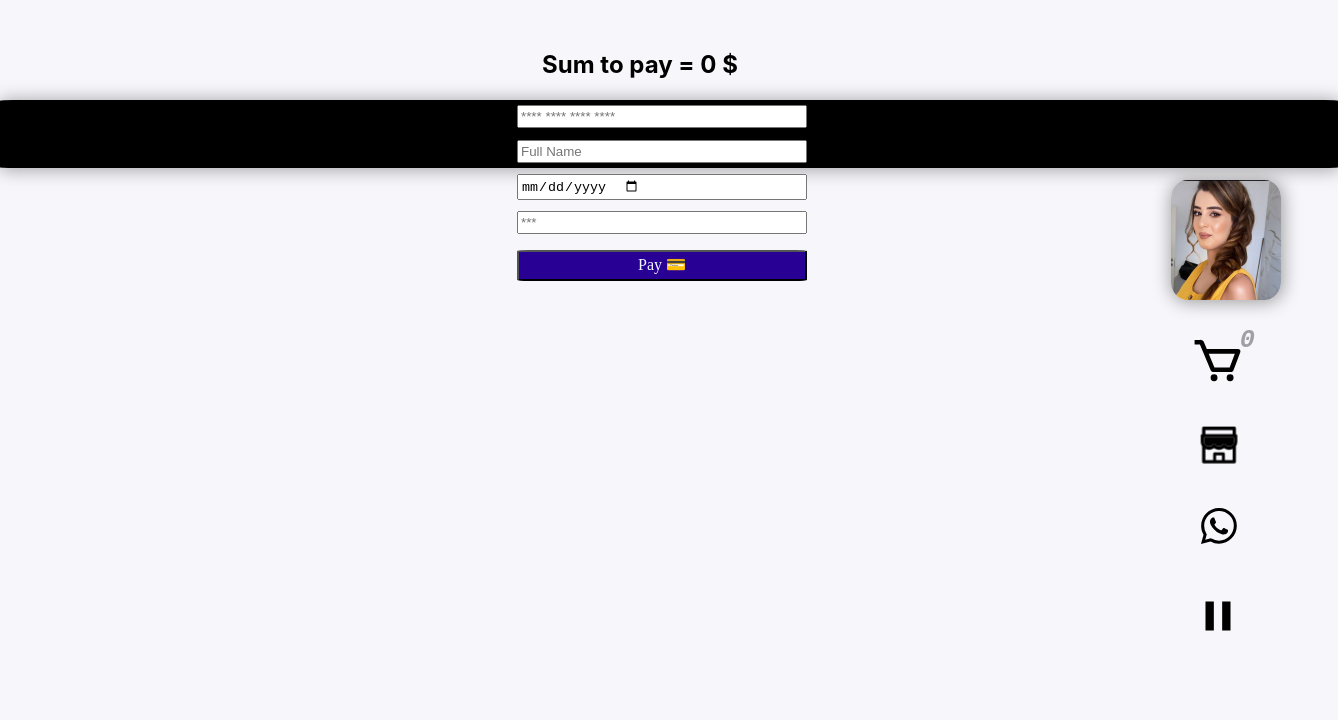
Repository: rehamAbass/BeautyCareShop
Page: /, after clicking the first element matching `svg.cartIcon`
The author's editor kept a copy of each file at every save. The page is drawn from the files as they stood at one save, then again after the next save.
The browser window is 1280 px wide. The page is 1338 px wide, so the pictures cover 1338 px, including what lies to the right of the window. The pictures show the whole page.
The page's requests for data from a server got no answer. Some web fonts or font styles are not loaded; a fallback is used. The project was rebuilt for these pictures with package versions that can differ from the ones it lists, and the page was loaded fresh each time. No one was signed in, and anything a server would have sent is missing. Also part of the build but not shown: src/components/allProducts/card-list.css, src/components/allProducts/prod/card.css, src/components/allProducts/prod/card.component.jsx, src/components/search-box/search-box.css, src/components/myCart/cartProduct/cartProduct.css, src/components/myCart/cartProduct/cartProduct.jsx. Imported but missing from the stored project, and not drawn on this page: src/components/header/music/ed.mp3.

Above is the page before, as saved 2022-06-08 17:35:18.

### public/index.html
<!DOCTYPE html>
<html lang="en">
  </style>
  <head>
    <meta charset="utf-8" />
    <link rel="icon" href="" />
    <meta name="viewport" content="width=device-width, initial-scale=1" />
    <meta name="theme-color" content="#000000" />
    <meta
      name="description"
      content="Web site created using create-react-app"
    />
    <link rel="apple-touch-icon" href="" />
    <link rel="manifest" href="%PUBLIC_URL%/manifest.json" />
    <link rel="preconnect" href="https://fonts.googleapis.com">
    <link rel="preconnect" href="https://fonts.gstatic.com" crossorigin>
    <link href="https://fonts.googleapis.com/css2?family=Bigelow+Rules&display=swap" rel="stylesheet">
    <link rel="preconnect" href="https://fonts.googleapis.com">
    <link rel="preconnect" href="https://fonts.gstatic.com" crossorigin>
    <link href="https://fonts.googleapis.com/css2?family=Bigelow+Rules&family=Dancing+Script&display=swap"
      rel="stylesheet">
    <title color:'purble'>BeautyShop💄</title>
  </head>
  <body>

    <div id="root"></div>
  </body>
</html>

<!--
  <video id="video1" loop="" muted="" src="https://prod-streaming-video-msn-com.akamaized.net/aa5cb260-7dae-44d3-acad-3c7053983ffe/1b790558-39a2-4d2a-bcd7-61f075e87fdd.mp4"></video>

 -->

### src/App.js

// import React from 'react'
import CardList from './components/allProducts/card-list.component';
import SearchBox from './components/search-box/search-box.component';
import './App.css'
import axios from "axios";
import React, { Component } from "react";
import Header from './components/header/header.component.jsx'
import { useState, useEffect } from 'react';
import Cart from './components/myCart/myCart.jsx'

const App = () => {
  const [products, setProducts] = useState([]);
  const [cartProducts, setCartProducts] = useState([]);
  const [filteredProducts, setFilteredProducts] = useState(products);
  const [searchString, setSearchString] = useState('');
  const [showCart, setShowCart] = useState(false);
    const [cartCounter, setCartCounter] = useState(0);
      const [Sum, setSum] = useState(0);
      const [imgs, setImgs] = useState([])

  //==========================================================================
  const   getDataFromDB= async ()=> {
    const response = await axios.get("http://localhost:8000/products/");
    setCartProducts(response);
  }
  //===========================================================
  const deleteProd = async (id) => {
    let response = await axios.delete(
      `http://localhost:8000/product/${id}`
    );
  }
  //=============================================================
  const saveProd = async (p) => {
    const response = await axios.post(
      "http://localhost:8000/product",p
    );
  }

   const  updateProd = async (p) => {
    const response = await axios.put(
      "http://localhost:8000/product",p
    );
  }
  //============================================================================
  useEffect(() => {
    fetch('http://makeup-api.herokuapp.com/api/v1/products.json?brand=maybelline')
      .then((res) => res.json())
      .then((users) => {
          users = users.map(user => (
         {id:user.id,
         name:user.name,
         brand:user.brand,
         price:user.price,
        image_link:user.image_link,
         product_link:user.product_link,
         description:user.description,
        rating:user.rating,
         product_type:user.product_type,
          product_api_url:user.product_api_url,
          product_colors:user.product_colors,
        amount:0
         }))


         getDataFromDB();
        setFilteredProducts(users);
        setProducts(users);
        setImgs(users.map((u)=>(u.image_link)));
      })
  }, []); // it runs only one time - no need to call it in each render because [] is empty !!
  //=========================================================================================
  useEffect(() => {
    let filteredgroup = products.filter((p) => p.name.toLowerCase().includes(searchString));
    setFilteredProducts(filteredgroup);
  }, [products, searchString])

  //========================================================================================
  const onSearchChanged = (event) => {
    let input = event.target.value.toLowerCase();
    setSearchString(input);
  }
  //=========================================================================================
  const addProduct=(product)=>{
        let updatePro = cartProducts.filter(p=> p.id === product.id);
     if(updatePro.length>0){
       // it means that YES the product exists before in Cart! just increase the amount of it:
       updatePro = updatePro[0];
       updatePro.amount +=1;
        let newarray = cartProducts.map(p=>( p.id === product.id ? updatePro:p )) ;
        setCartProducts(newarray);
     }else{
        let newProductToAdd = {...product, amount:1};
         setCartProducts([...cartProducts,newProductToAdd ]);
         saveProd(product);
         updateProd();
     }

      }
  //=================================================================================
  //    ,
  const deleteProduct = (product) => {
    let newArr = cartProducts.filter(p => p.id !== product.id);
    setCartProducts(newArr);
    deleteProd(product.id);
  }
 //===================================================================================
   const decreaseProduct=(product)=>{

     if(product.amount >1){
       let update = product;
       update.amount -=1;
        let newarray = cartProducts.map(p=>(p.id === product.id ? update:p )) ;
     setCartProducts(newarray);
     }else{ // amount was  === 1
        let newArr = cartProducts.filter(p=> p.id !== product.id);
         setCartProducts(newArr);
     }
      }
 //===================================================================================
useEffect(()=>{
  console.log("useEffect, cartProduct changes, so counter changes");
  let all =0;
  let summ=0;
  for(let p of cartProducts){
     all = all+p.amount;
    summ = summ+ (p.amount * p.price);
}
    setSum(summ);
    setCartCounter(all);
},[cartProducts]);

//====================================================================================
  useEffect(()=>{
    console.log("open Cart = ",showCart);
  },[showCart])
 //=========================================================================================
const HandleCart =(val)=>{
  setShowCart(val);
}
 const handleSumCount = ()=>{
  setSum(0);
  setCartProducts([]);
  setCartCounter(0);

 }
 //=========================================================================================
  return (
    <div className="App">
      <header className="App-header">
        <Header counter ={cartCounter}
        imgs={imgs}
        handleCart = {HandleCart}/>
        {showCart === false &&
          <div>
           <SearchBox
          className='search-box2'
          searchHandler={onSearchChanged}
          group={filteredProducts}
        />
            <CardList
              group={filteredProducts}
               addProduct={addProduct} />
        </div>

        }
          {(showCart === true) &&
            <Cart sum ={Sum} group={cartProducts}
           addProduct={addProduct}
            deleteProduct={deleteProduct}
            decreaseProduct={decreaseProduct}
              handleSumCount={handleSumCount}
            />
          }
      </header>
    </div>
  )
}

export default App;

### src/components/allProducts/card-list.component.jsx

import './card-list.css'
import Card from './prod/card.component'
import React from 'react'

const CardList = ({ group ,addProduct}) => {
    return (
        <div className='card-list'>
            {group.map((p,i) =>
                (
                    <Card
                    key={i}
                    product={p}
                     addProduct={addProduct}/>
                )
            )
            }
        </div >

    )
}

export default CardList;

### src/components/search-box/search-box.component.jsx

import React from 'react'
import './search-box.css'


const SearchBox = ({ className, placeholder, searchHandler, group }) => {

    return (
        <div className='search-box'>
            <input
                className={className}
                type='search'
                placeholder='Search Products'
                onChange={searchHandler}
                style={{
                     fontStyle:'unset', fontStretch: 'extra-expanded'
                , fontSize:'large', borderRadius:'15%'}}
            />
            {group.length === 0 ?
                <div className='alert2'> NO Products with this prefix </div> : ''}
        </div>
    )
}


export default SearchBox;

### src/App.css
body {
  margin: 0;
  padding: 0;
  font-family: -apple-system, BlinkMacSystemFont, 'Segoe UI', 'Roboto', 'Oxygen',
    'Ubuntu', 'Cantarell', 'Fira Sans', 'Droid Sans', 'Helvetica Neue',
    sans-serif;
    background-color:rgba(192, 190, 228, 0.135);
  -webkit-font-smoothing: antialiased;
  -moz-osx-font-smoothing: grayscale;
  text-align: center;
}



















/* -------------------------------------------------------------------------------------- */

/* .App {
  text-align: center;
}

.App-logo {
  height: 40vmin;
  pointer-events: none;
}

@media (prefers-reduced-motion: no-preference) {
  .App-logo {
    animation: App-logo-spin infinite 20s linear;
  }
}

.App-header {
  background-color: #2d5cba;
  min-height: 100vh;
  display: flex;
  flex-direction: column;
  align-items: center;
  justify-content: center;
  font-size: calc(10px + 2vmin);
  color: white;
}

.App-link {
  color: #61dafb;
}

@keyframes App-logo-spin {
  from {
    transform: rotate(0deg);
  }
  to {
    transform: rotate(360deg);
  }
}

*/

### src/components/header/header.component.jsx
import React from 'react'
import './header.css'
import Music from './music/music.component';
import fatme from './fatme.jpeg'
import CartIcon from './cartIcon/cartIcon.component';
import {BsWhatsapp} from 'react-icons/bs'
import {AiTwotoneShop} from 'react-icons/ai'

const Header = ({counter,imgs, handleCart}) => {
    return (
        <div className='headClass'>
        <div className='imgs'>
            {imgs.map((link, i) => (
                    (i>=19 && i <29)&&<img
                    style={{transform:'scale(1)' ,  margin:'0px'}}
                    key={i}
                    src={link} alt='prod' />

            ))}
        </div>

            <img className='myImg' src={fatme} alt='me'
            />
               <CartIcon
            counter={counter}
             handleCart={handleCart}
            />
            <AiTwotoneShop
            className='goHome'
                onClick={() => {
                     handleCart(false)}}
            />
            <h4 className='title' >
                <marquee direction='left' loop='2' >Fatima Beauty Care Shop</marquee>
            </h4>


            <Music />


            <a  className='whatsApp'  aria-label="whats"
                target="_blank" rel="noopener"
                href="https://api.whatsapp.com/send?phone=972543656019&text=hello%20Fatima%20from%20your%20BeautyCareShop%20Website%20💄"
              >
              <BsWhatsapp/>
            </a>
        </div>
    )
}

export default Header;

### src/components/myCart/myCart.jsx
import './myCart.css'
import React from 'react'
import Card from './cartProduct/cartProduct.jsx'
import { useState } from 'react'

import Pay from './Payment/Pay'


const Cart = ({ sum, group, addProduct, deleteProduct, decreaseProduct  , handleSumCount}) => {

        const [paid, setPaid] = useState(false);
        const handlePaid = (val) => {
                setPaid(val);
            }
            //--------------------------------------
    return (
        <div className='allComp' >
            <h2 className='sum'> Sum to pay =  { sum } $ </h2>
                 {(paid === false)&&
                 <Pay
                 sum={sum}
                     handlePaid={ handlePaid}
                      handleSumCount={handleSumCount}
                 />}

           {(paid == true)&&
            <h2
            style={{ fontSize: 'x-large' }}>
                THANK YOU MAN, PAID SUSSESSFULLY💳👍🏼👍🏼
            </h2>}


           {(paid === false) &&
            <div className='myCart' > {
                group.map((p, index) => (<
                                Card key = { index }
                                product = { p }
                                addProduct = { addProduct }
                                deleteProduct = { deleteProduct }
                                decreaseProduct = { decreaseProduct }
                                />)
                            )
            }
            </div>}
            </div>
                    )
                }


                export default Cart;

### src/components/header/header.css
.title {
    width: 110%;
    position: relative;
    font-size: 46px;
    font-weight: bolder;
    font-family: 'Dancing Script';
 color:rgb(251, 251, 251);
    font-stretch: extra-expanded;
    /* text-shadow: 11px 1px 11px rgb(255, 0, 123); */
    background-color: rgb(0, 0, 0);
     box-shadow: 1px 1px 17px 1px rgba(135, 134, 135, 0.74);
     margin-top: 40px;
     border-radius:1%;
}
.imgs{
    width: 110%;
    position: relative;
    height:60px;
     margin: 0px;
}
.goHome{
    color:rgb(0, 0, 0);
     position:fixed;
    margin-left: 47%;
    margin-top:376px;
     transform: scale(2.6);
}
.goHome:hover{
    color:rgb(160, 160, 164);
    transform:scale(3);
}
.whatsApp{
    color:rgb(0, 0, 0);
     position:fixed;
    margin-left: 47%;
    margin-top:290px;
     transform: scale(2);
}
.whatsApp:hover{
  color:rgb(160, 160, 164);

   }
.myImg{
    position:fixed;
    margin-left: 44%;
    margin-top:120px;
    width: 110px;
  height: 120px;
    box-shadow: 1px 1px 17px 1px rgb(155, 153, 153);
    border-radius:15%;
}

.headClass {
    border-radius: 12%;
    width: 95%;
    height: 30px;
    font-size: large;
    /* font-weight: 700; */
    font-style: italic;

}

### src/components/header/music/music.component.jsx
import './music.css'
import { useState, useEffect } from 'react'
import { MdPlayArrow, MdPause } from 'react-icons/md'
import  React  from 'react'
import ed from "./ed.mp3";

const aud = new Audio(ed);
aud.play();

const Music = () => {
    const [flagPlaying, setIsActive] = useState(true);
    const handleClick = (value) => {
        setIsActive(value);
        if (value === true) {
            aud.loop = true;
            aud.play();
        } else {
            aud.pause();
            aud.loop = false;
        }
    }

    return (<div className='myAudio'>
        {(flagPlaying === false) &&
            <MdPlayArrow
                className='btnAudio'
                onClick={() => {
                    if (flagPlaying === false) {
                        handleClick(true);
                    }
                }}
            />
        }
        {(flagPlaying === true) &&
            <MdPause
                className='btnAudio'
                style={{color:'black'}}
                onClick={() => {
                    if (flagPlaying === true) {
                        handleClick(false);
                    }
                }}
            />
        }
    </div>
    )
}


export default Music;

### src/components/header/cartIcon/cartIcon.component.jsx
import React from 'react'
import './cart.css'
import { BiCart } from "react-icons/bi";


const CartIcon = ({ counter,handleCart}) => {

    return (
        <div className='cart-container'>
            <span className='counter'>{counter}</span>
            <BiCart
                    className='cartIcon'
                    onClick={() => {
                      handleCart(true);
                     }}
                />
        </div>
    )
}
export default CartIcon;

### src/components/myCart/myCart.css
.myCart{
    width:600px;
    max-width: 900px;
    margin-left:1%;
    display: grid;
    position:relative;
    grid-template-Columns:  1fr 1fr 1fr;
    grid-gap: 0.4%;
    margin-top: 2%;
    margin-bottom:30%;
}

.alert1 {
    margin-top: 200px;
    text-align: center;
    /* padding: 40px; */
    /* color: rgb(55, 100, 212); */
    color:black;
    font-size: 50px;
    font-stretch: extra-expanded;
    font-family: 'Dancing Script';
    font-weight: bolder;
    text-shadow: 1px 1px  1px rgb(0, 0, 0);
    transform: scale(1.22);
    /* margin-top: '36%'; */
    margin-left:110%;
}

.alertPay {
     margin-left:-42%;
  /* margin-top: 400px; */
    text-align: center;
    color: rgb(13, 37, 100);
    font-size: 350x;
    /* font-stretch: extra-expanded; */
    /* font-family: 'Dancing Script'; */
    font-weight: bolder;
    text-shadow: 1px 1px  1px rgb(0, 0, 0);

}


.paybtn:hover{
    color:rgb(3, 3, 216);
    background-color:rgb(252, 252, 252);
    box-shadow: 1px 1px 2px 1px  rgb(0, 52, 197);
}

### src/components/myCart/Payment/Pay.jsx


import React from 'react'
import './Pay.css'

import {useState} from 'react';

const Pay =(sum, handlePaid, handleSumCount)=>{
    const [onChangee , setOnChangee] = useState({});
    const onChangeHandler =(obj)=>{
        setOnChangee(obj);
        }
 //-------------------------------
return (
    <div >

    <form id="cc-form" >

    <input type="password" className='inputt'
    name="number" placeholder='**** **** **** ****'/>
    <input type="text" name="name"
    className='inputt' placeholder='Full Name'/>
    <input type="date" className='inputt'
    name="expiry" placeholder='**/****'/>
    <input type="password" className='inputt'
    name="cvc" placeholder='***'/>

            <button className='payy'
                onClick={() => {
                    handlePaid(true);
                     handleSumCount(true);
                      }}>
                 Pay 💳
                 </button>
</form>
    </div>
)

}



export default Pay;

### src/components/header/music/music.css
.myAudio {}

.btnAudio {
    width:  50px;
    height: 50px;
    position:fixed;
    margin-left: 45.7%;
    margin-top: 362px;
    color:rgb(0, 0, 0);
    border-radius: 90%;
}

.btnAudio:hover {
   color : rgb(160, 160, 164);
    transform: scale(1.125);
    box-shadow: 1px 1px 10px 1px  rgb(160, 162, 169);
}

### src/components/header/cartIcon/cart.css
.cartIcon{
     position:fixed;
    width:55px;
    height:55px;
    color:rgb(0, 0, 0);
    margin-top:1%;
    /* transform: translateZ(-1);
    transition: transform 0.25s ease-out; */
}
.cartIcon:hover{
    transform:scale(1.12);
    color:rgb(160, 160, 164);
}
.cart-container{
    position:fixed;
    margin-left: 93%;
    margin-top: 260px;
}
.cart-container:hover{
    color:rgb(0, 0, 0);
 /* transform: scale(1); */
 cursor: pointer;
}
.counter{
    font-size:large;
    font-family:'Courier New', Courier, monospace;

    color:rgb(160, 160, 164);
    font-weight:bolder;
    text-align: right;
      transform: scale(1.4);
    text-shadow: 2px 2px 12px 12px rgb(0, 0, 0);
    position: fixed;
    margin-left: 4%;
    margin-top:0.8%;
}

### src/components/myCart/Payment/Pay.css
.inputt{
    margin:5px ;
    padding:2px;
    cursor:pointer;
     display: flex;
    flex-direction: row;
}

#cc-form{
    margin-left: 40%;
    width: 300px;
    /* flex-direction: row; */
    align-items: center;
    position:relative;
     display: grid;
    /* grid-template-columns: 1fr; */
    grid-template-rows: 1fr 1fr 1fr 1fr ;
}
.payy{
    cursor:pointer;
    border: 5  rgb(0, 0, 0);
   margin:5px;
    height:31px;
    margin-top:10px;
      color:aliceblue;
      padding: 3px;
      padding-top: 0px;
    background-color:rgb(40, 0, 148);
   font-family:serif;
    font-size:medium;
    font-weight:400;
    border-radius:4%;
}

Loaded but not shown: src/index.js (common file); src/index.css (common file)

After the next save:
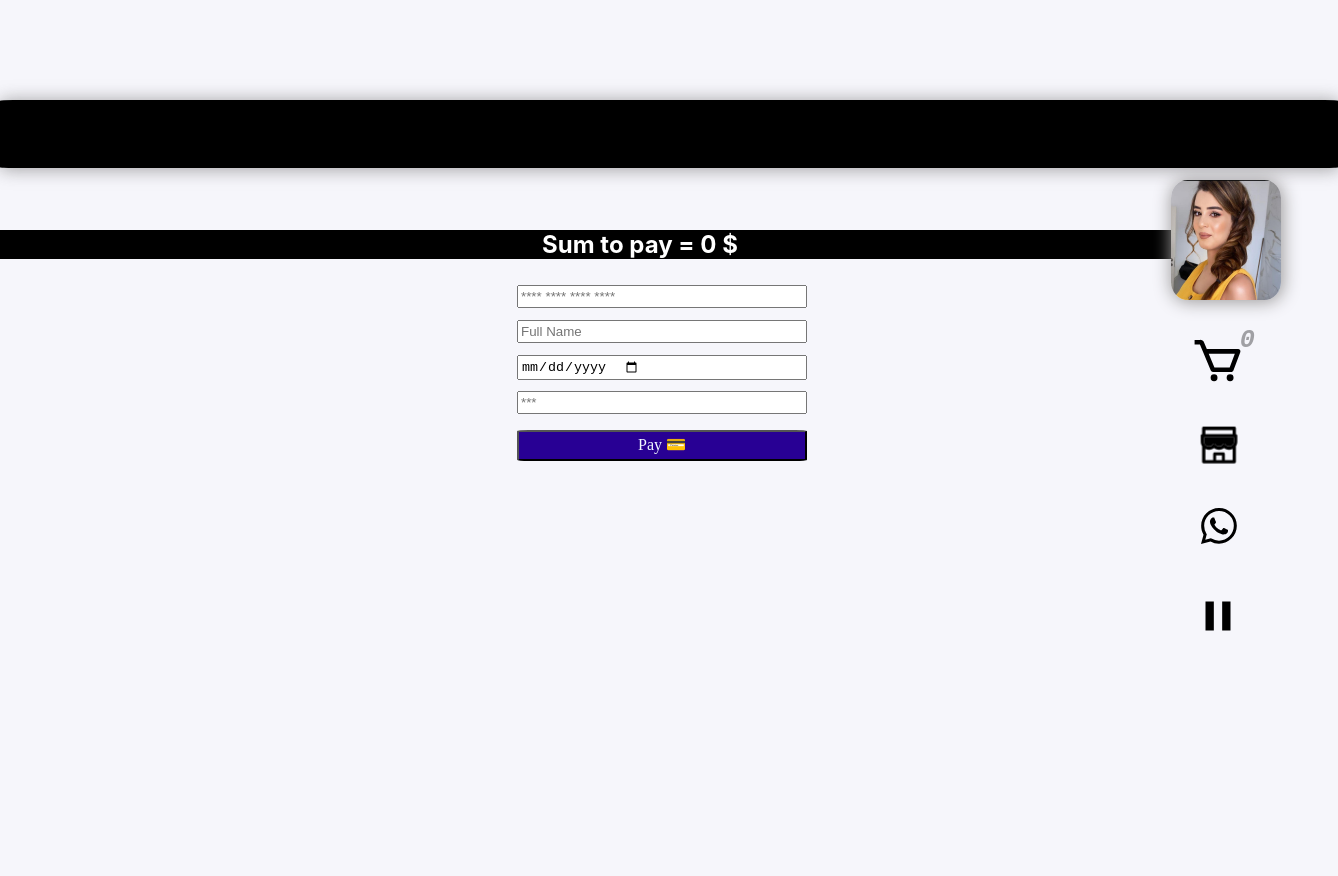
Saved 29 s later.
--- a/src/components/myCart/myCart.css
+++ b/src/components/myCart/myCart.css
@@ -9,7 +9,11 @@
     margin-top: 2%;
     margin-bottom:30%;
 }
-
+.sum{
+    background-color: black;
+    color:white;
+    margin-top: 200px;
+}
 .alert1 {
     margin-top: 200px;
     text-align: center;
